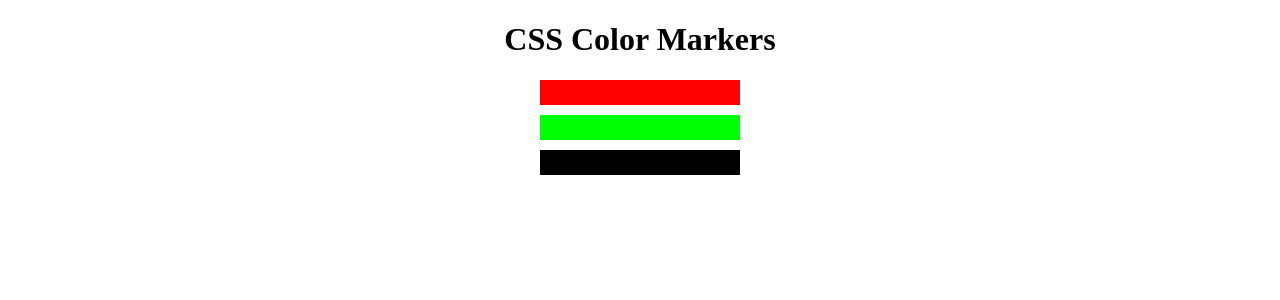
Repository: AimenDje/ColoredMarkers
Page: index.html
An editor plug-in stored every save of this project. The page is shown before and after the next save, followed by the edit.
The browser window is 1280 px wide. The pictures show the whole page.

Above is the page before, as saved 2025-05-08 16:35:57.

### index.html
<!DOCTYPE html>
<html lang="en">
    <head>
        <meta charset="utf-8">
        <meta name="viewport" content="width=device-width, initial-scale=1.0">
        <link rel="stylesheet" href="styles.css">
        <title>Colored Markers</title>
    </head>
    <body>
        <h1>CSS Color Markers</h1>
        <div class="container">
            <div class="marker red">
            </div>
            <div class="marker green">
            </div>
            <div class="marker blue">
            </div>
        </div>
      </body>
</html>

### styles.css
h1 {
    text-align:center;
}

.marker {
    width: 200px;
    height: 25px;
    margin: 10px auto;
  }

.red {
    background-color: rgb(255, 0, 0);
}

.green {
    background-color: #00FF00;
}

.blue {
    background-color: rgb(0, 0, 0);
}

After the next save:
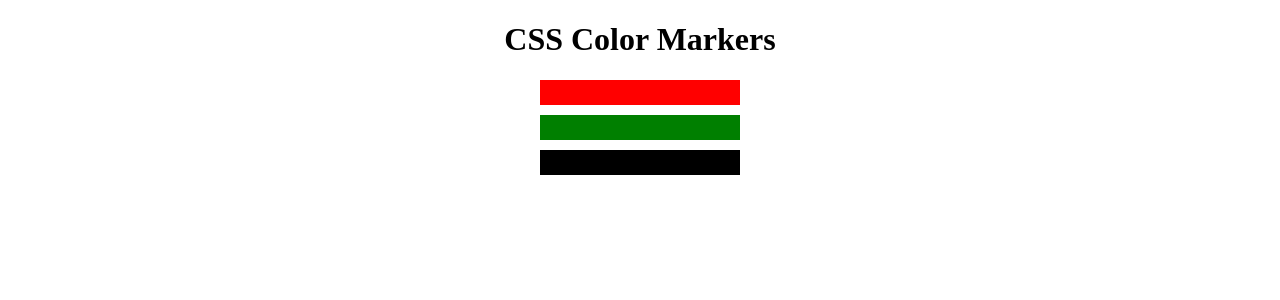
Saved 2 min 41 s later.
--- a/styles.css
+++ b/styles.css
@@ -13,7 +13,7 @@
 }
 
 .green {
-    background-color: #00FF00;
+    background-color: #007F00;
 }
 
 .blue {
